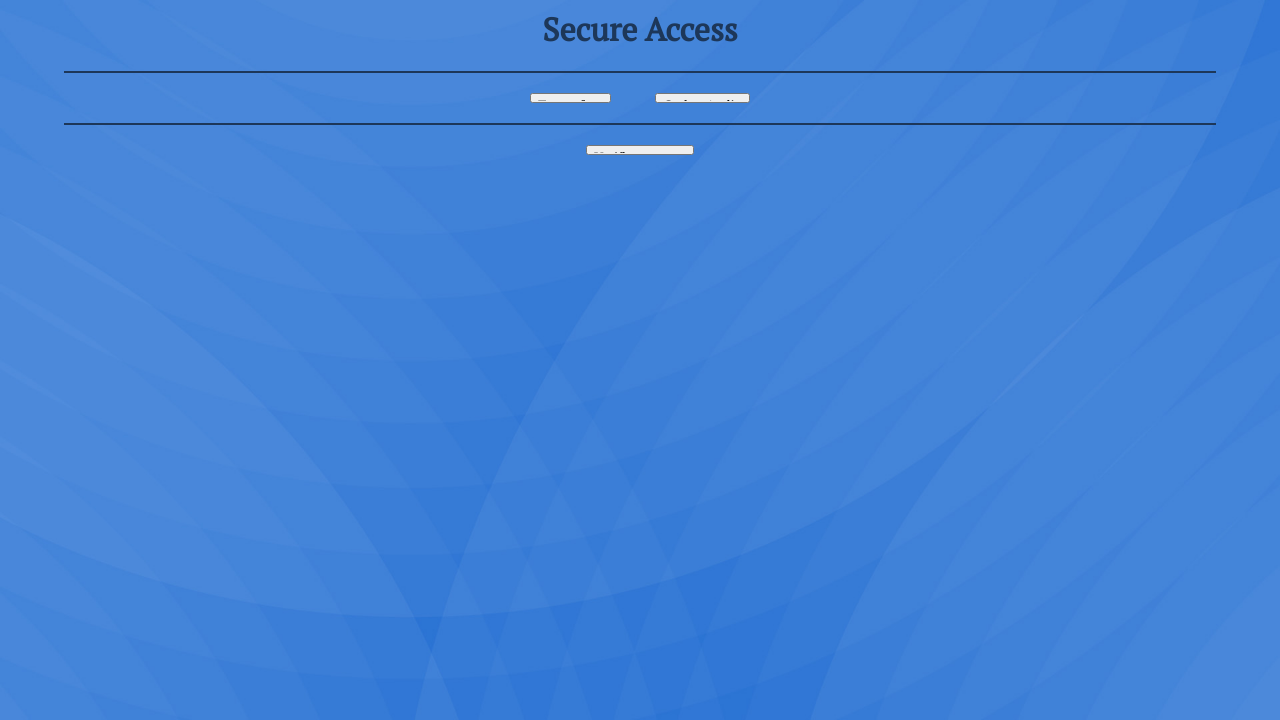
Repository: dabarreiroh/SECURE-ACCESS
Page: accessecure/templates/home/index.html
The author's editor kept a copy of each file at every save. The page is drawn from the files as they stood at one save, then again after the next save.
The browser window is 1280 px wide. The pictures show the whole page.

Above is the page before, as saved 2020-03-16 23:30:51.

After the next save:
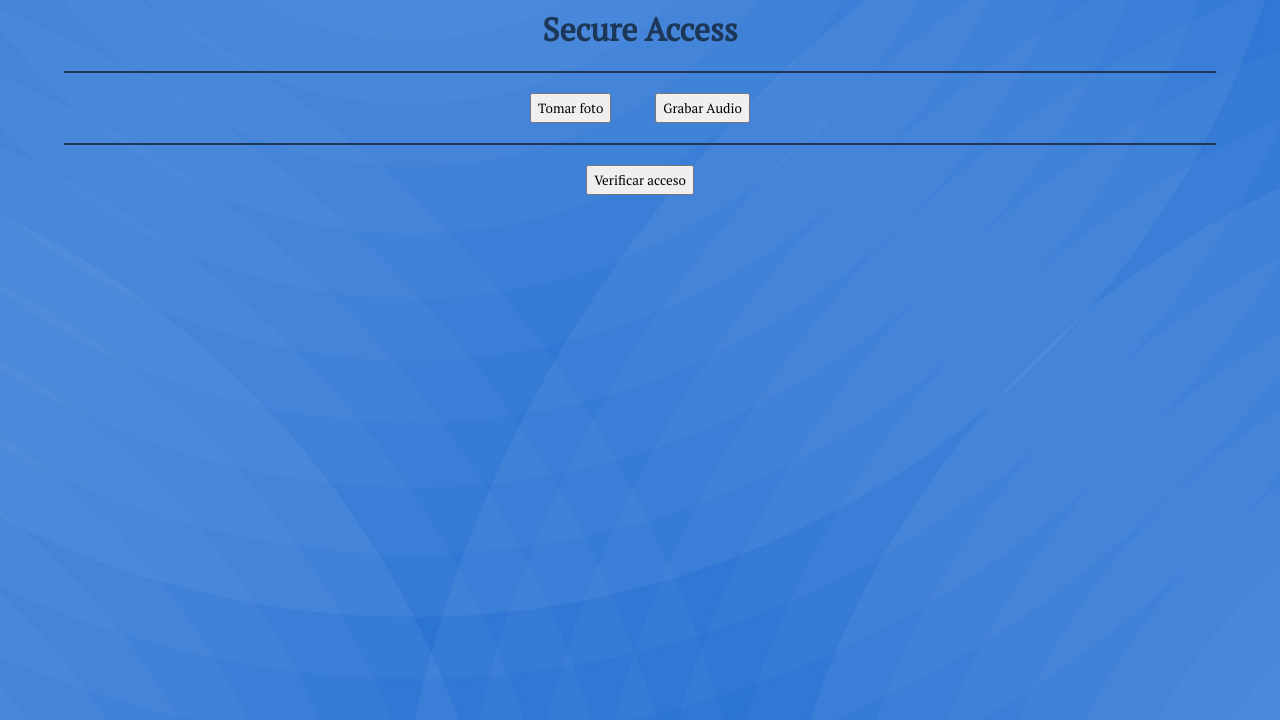
Saved 9 s later.
--- a/accessecure/static/admin/css/index/index.css
+++ b/accessecure/static/admin/css/index/index.css
@@ -22,5 +22,5 @@ h1{
 
 input{
     margin: 20px;
-    height: 10px;
+    height: 30px;
 }
